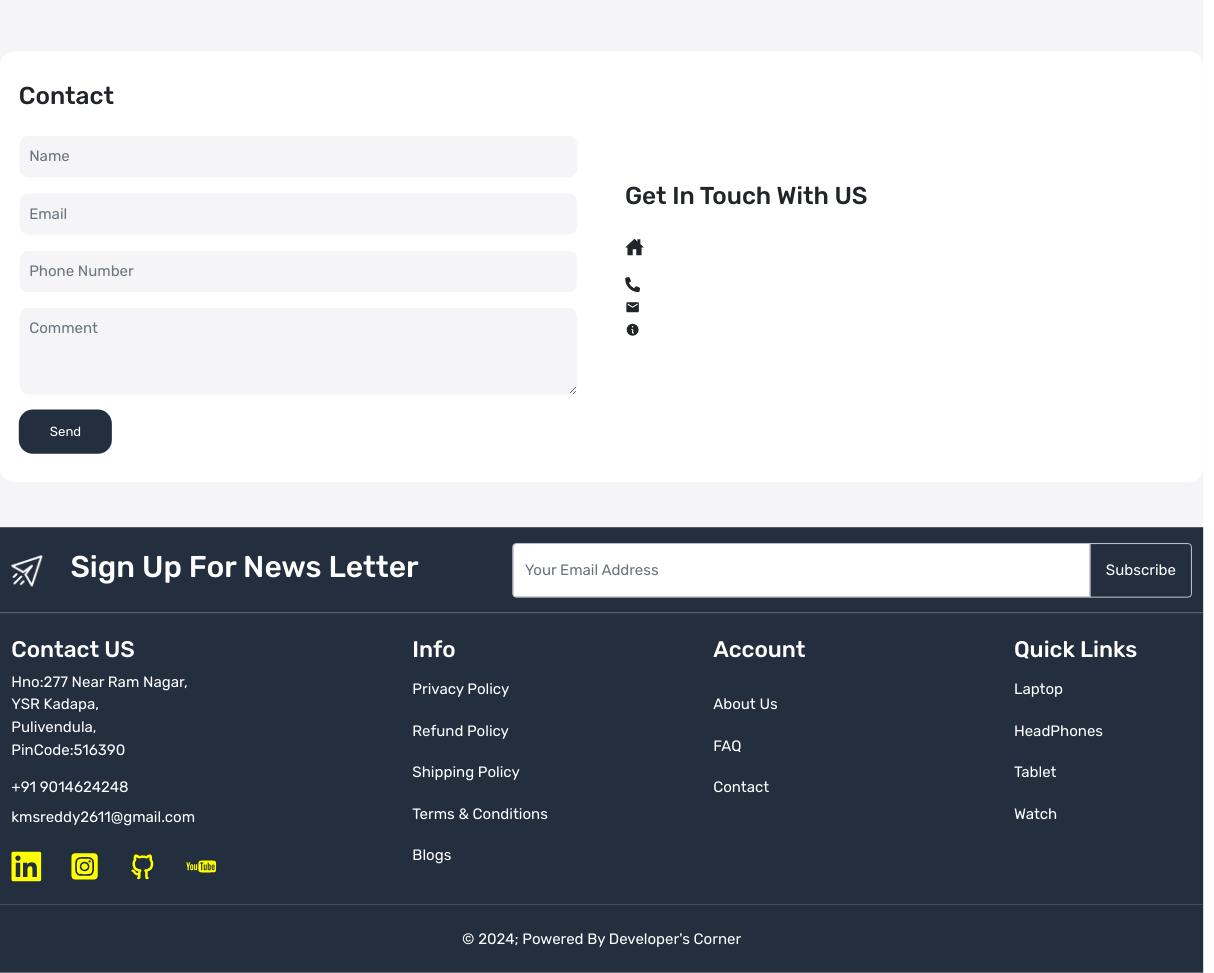
Repository: maniheist/ecommerce-app
Page: /contact
The author's editor kept a copy of each file at every save. The page is drawn from the files as they stood at one save, then again after the next save.
The browser window is 1280 px wide. The page is 1292 px wide, so the pictures cover 1292 px, including what lies to the right of the window. The pictures show the part of the page from y = 787 to 1822 px (the page is 1822 px tall), at 94% of full size.
The project was rebuilt for these pictures with package versions that can differ from the ones it lists, and the page was loaded fresh each time. Also part of the build but not shown: src/components/BlogCard.js, src/components/ProductCard.js, src/components/SpecialProduct.js, src/pages/Home.js, src/pages/About.js, src/pages/OurStore.js, src/pages/Blog.js.

Above is the page before, as saved 2024-02-19 22:04:51.

After the next save:
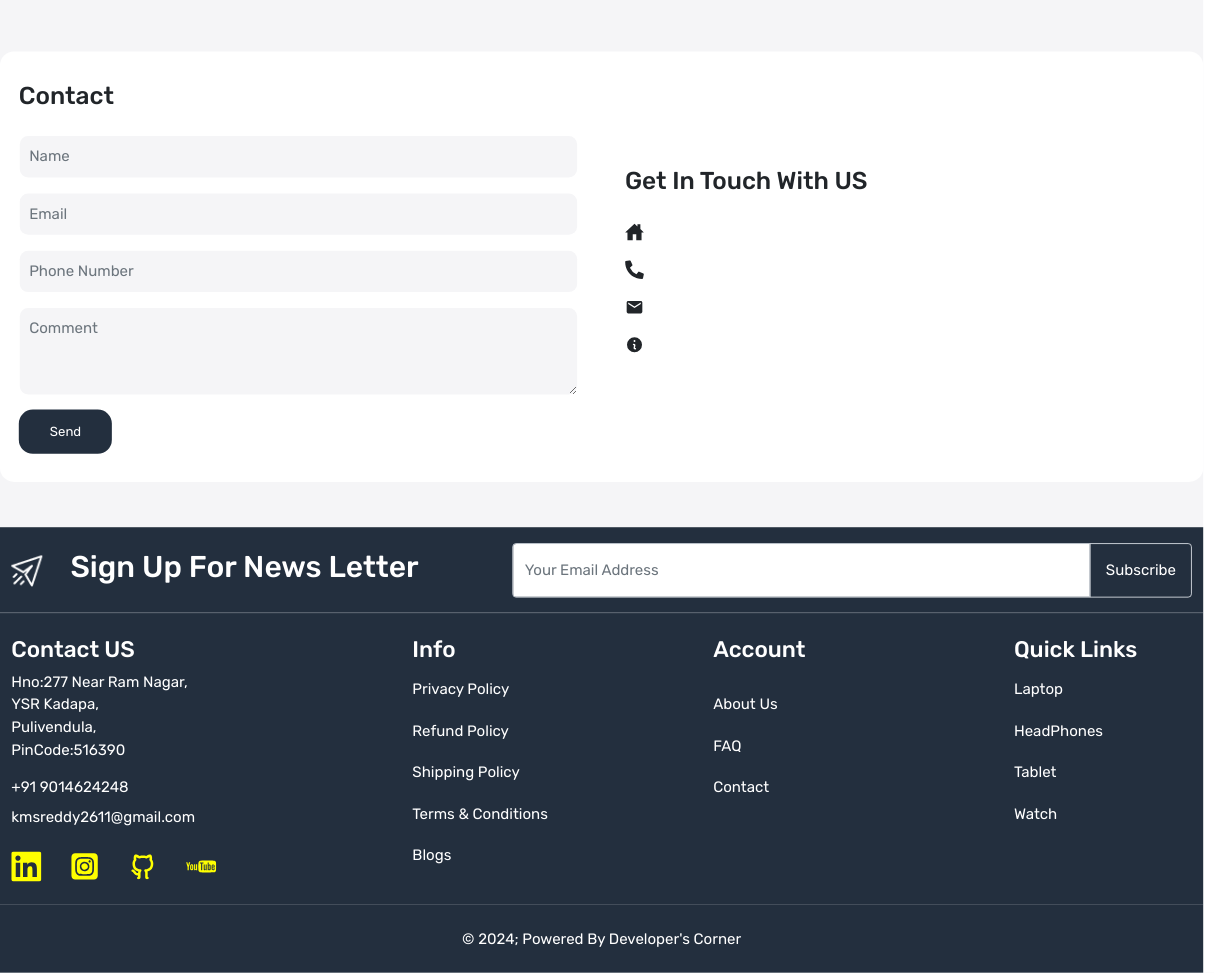
Saved 30 s later.
--- a/src/pages/Contact.js
+++ b/src/pages/Contact.js
@@ -41,9 +41,9 @@
             <div>
               <ul className='ps-0'>
                 <li className='mb-3'><IoHomeSharp className='fs-5'/></li>
-                <li><FaPhoneAlt /></li>
-                <li><MdEmail /></li>
-                <li><HiMiniInformationCircle /></li>
+                <li className='mb-3'><FaPhoneAlt className='fs-5'/></li>
+                <li className='mb-3'><MdEmail className='fs-5'/></li>
+                <li className='mb-3'><HiMiniInformationCircle className='fs-5'/></li>
               </ul>
             </div>
             </div>
